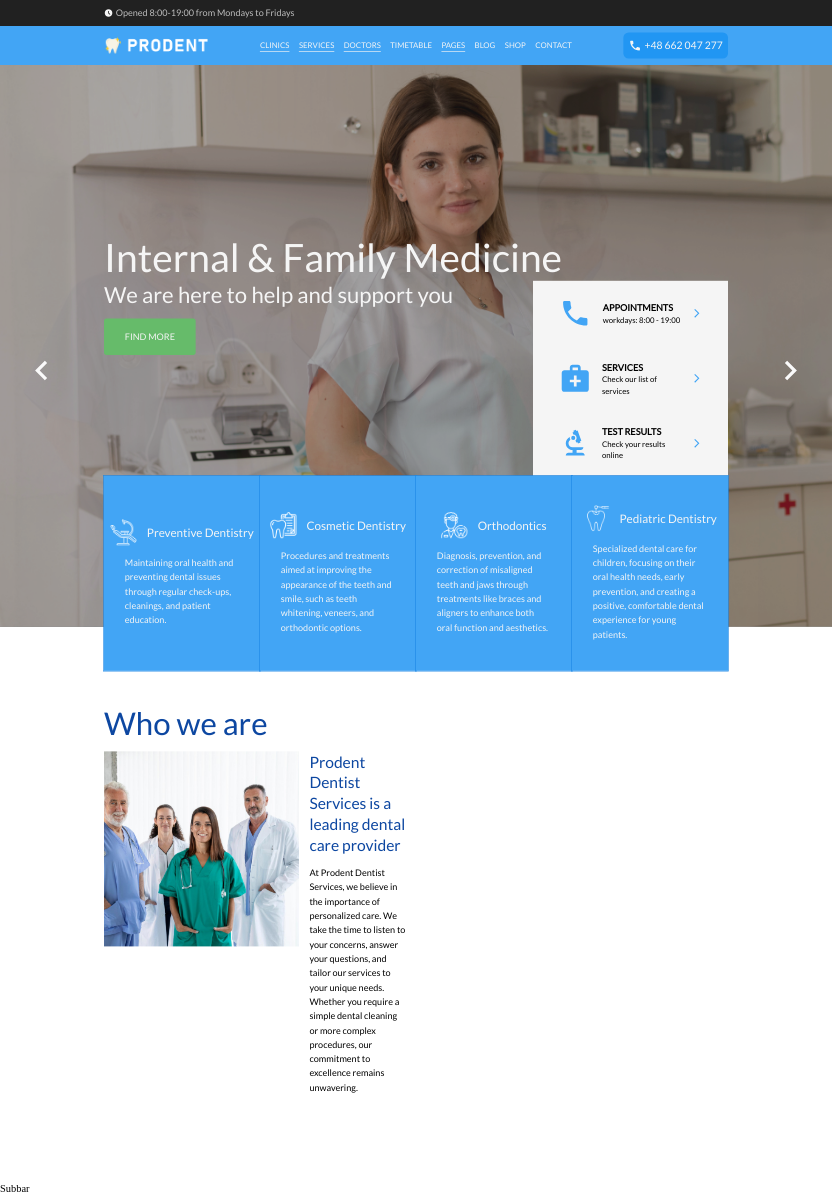
Repository: princ3-web/8
Page: /
The author's editor kept a copy of each file at every save. The page is drawn from the files as they stood at one save, then again after the next save.
The browser window is 1280 px wide. The pictures show the whole page, at 65% of full size.
The project was rebuilt for these pictures with package versions that can differ from the ones it lists, and the page was loaded fresh each time. Also part of the build but not shown: vite.config.js, src/subpages/About.jsx, src/index.css.

Above is the page before, as saved 2023-11-02 15:24:36.

After the next save:
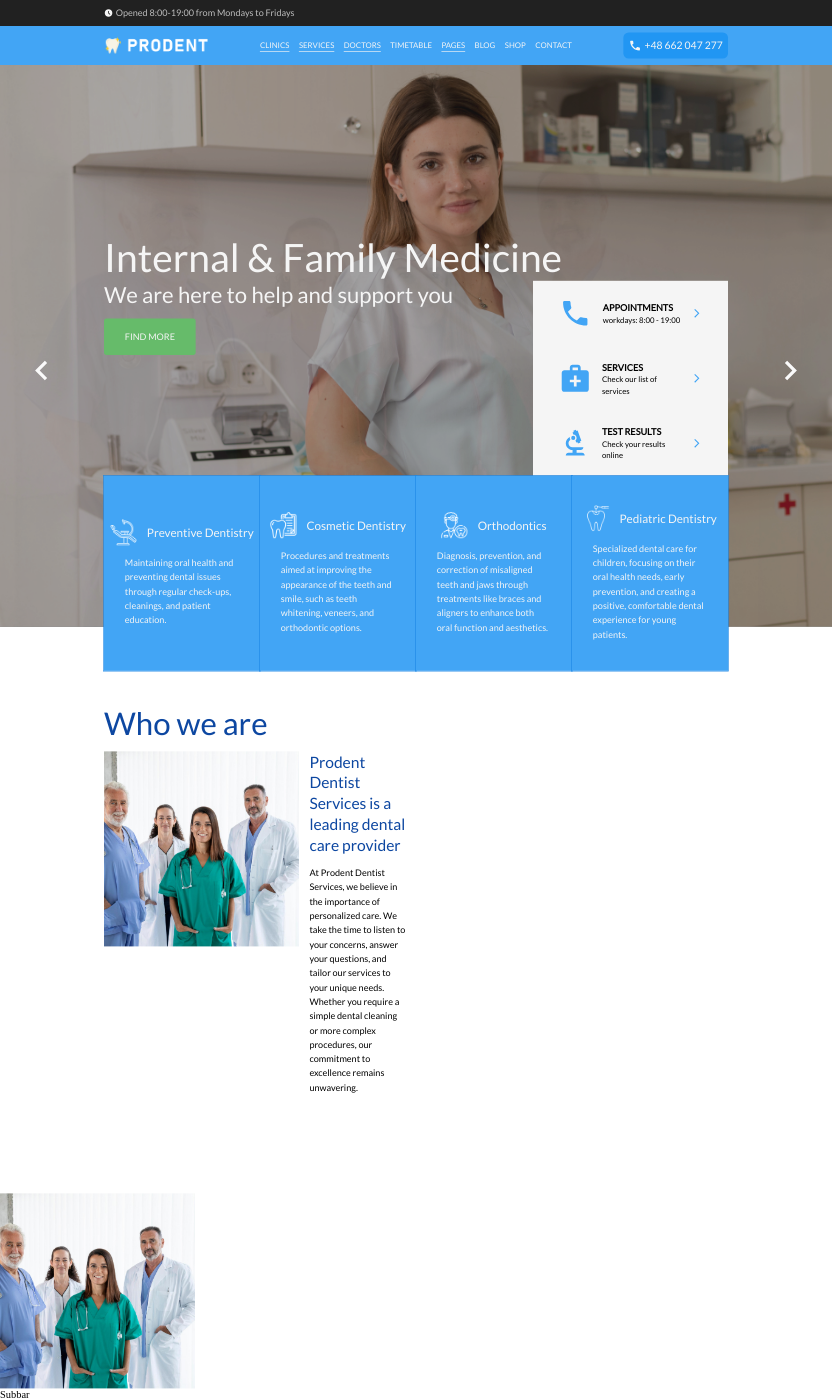
Saved 4 s later.
--- a/src/subpages/Home.jsx
+++ b/src/subpages/Home.jsx
@@ -258,7 +258,12 @@ const Home = () => {
         </Box>
       </Box>
       <Box>
-        <CardMedia/>
+      <CardMedia
+            component="img"
+            src={image1}
+            alt=""
+            sx={{ width: "300px", height: "300px", mt: "1rem" }}
+          />
       </Box>
     </Box>
   );
